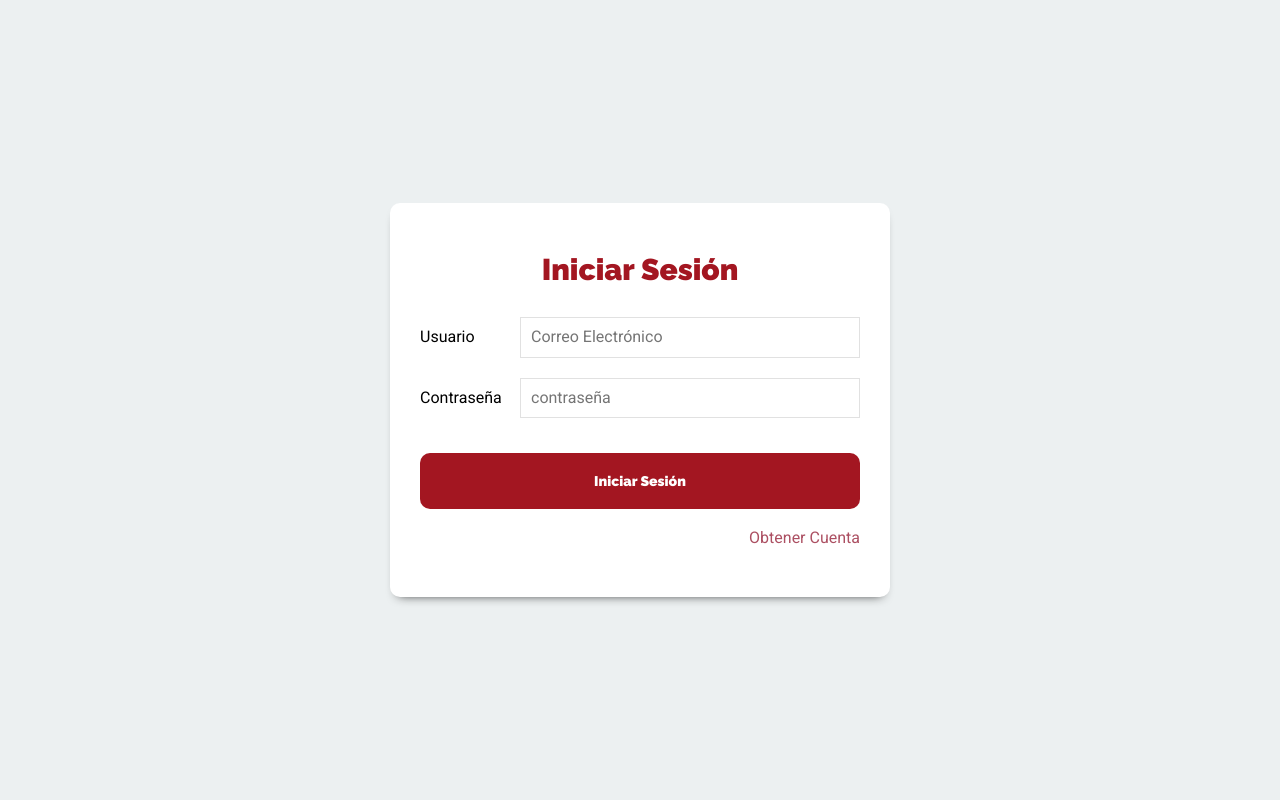
Repository: andrescovarrubias/admin-proyectos
Page: / (app in cliente/)
These files come from the project's save history. The page is drawn as it stood at one moment and after the next save; the edit follows.
The browser window is 1280 px wide. The pictures show the whole page.
The project was rebuilt for these pictures with package versions that can differ from the ones it lists, and the page was loaded fresh each time. Also part of the build but not shown: cliente/src/components/auth/NuevaCuenta.jsx, cliente/src/components/layout/SideBar.jsx, cliente/src/components/proyectos/Proyectos.jsx.

Above is the page before, as saved 2020-10-31 17:07:18.

After the next save:
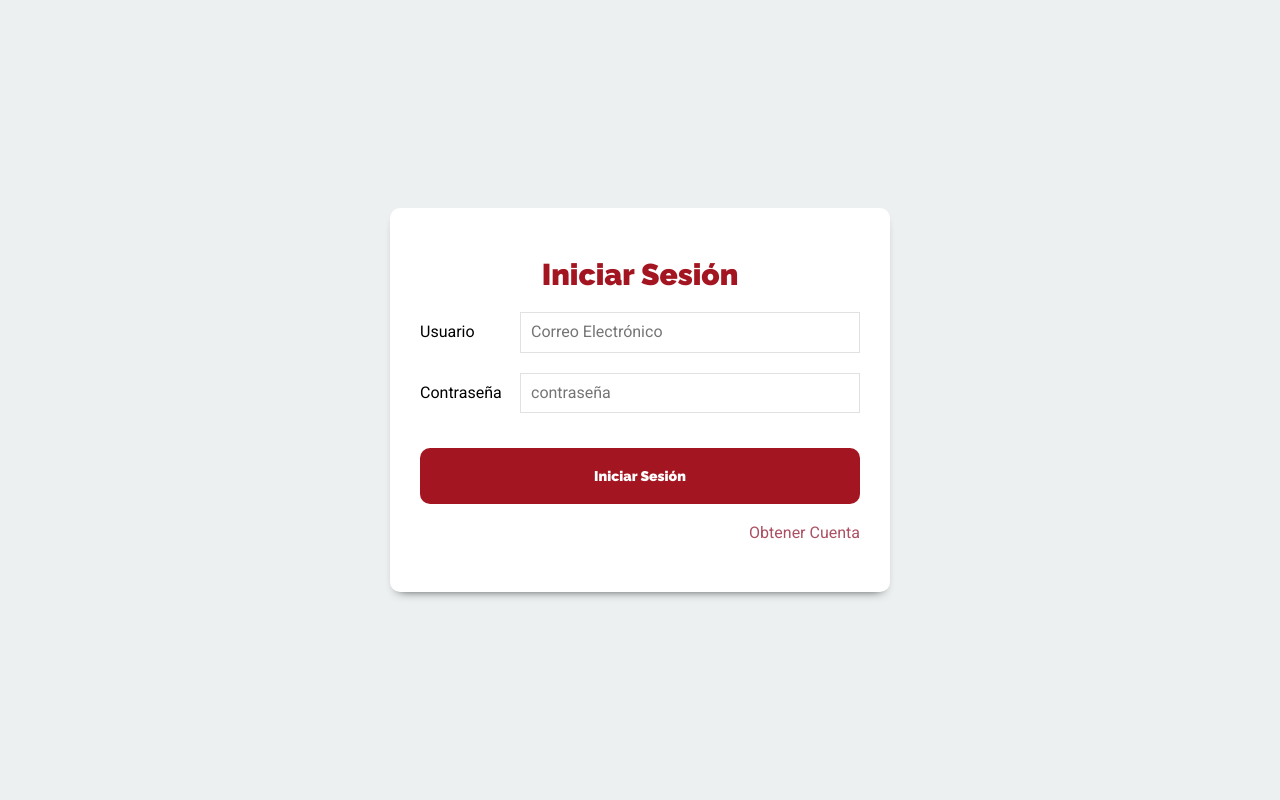
Saved 6 s later.
--- a/cliente/src/index.css
+++ b/cliente/src/index.css
@@ -34,7 +34,7 @@ h1,
 h2 {
   font-family: var(--headingFont);
   font-weight: 900;
-  margin: 0 0 3rem 0;
+  margin: 0 0 2rem 0;
   text-align: center;
   color: var(--rojo);
 }
